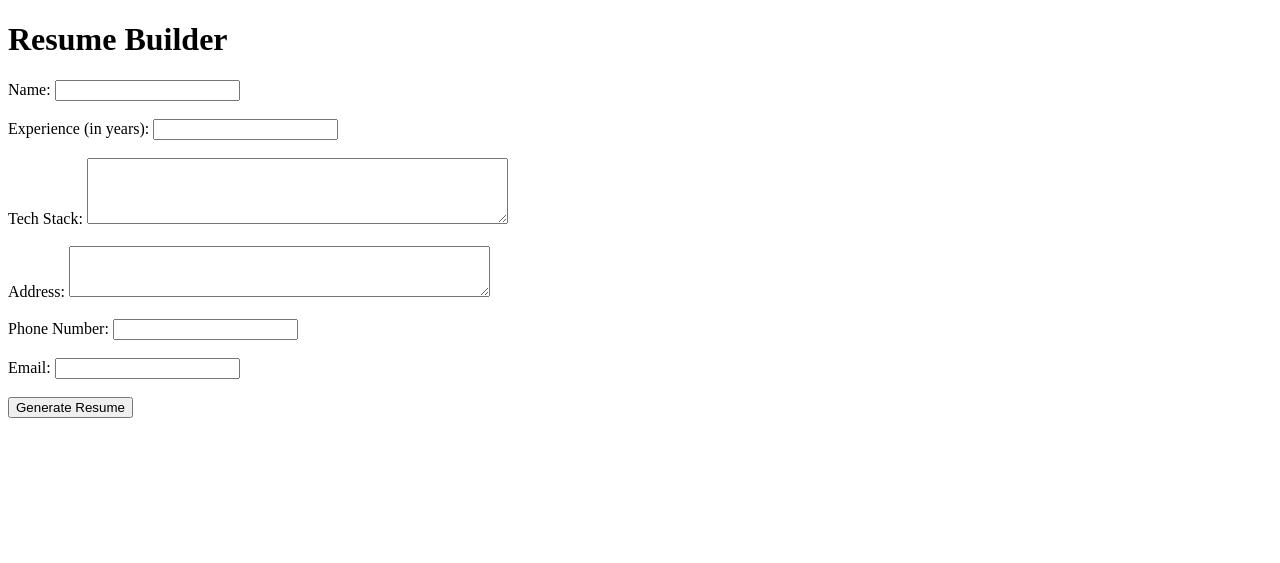
Repository: ashwin2-0/MineEclipseProjects
Page: http://localhost/springMVC/resume
These files come from the project's save history. The page is drawn as it stood at one moment and after the next save; the edit follows.
The browser window is 1280 px wide. The pictures show the whole page.
The page is served by Tomcat 9. Other server files are loaded and not shown.

Above is the page before, as saved 2025-04-10 20:25:30.

### Spring_Core/SpringMVC/springMVC/src/main/webapp/WEB-INF/spring-servlet.xml
<?xml version="1.0" encoding="UTF-8"?>
<beans xmlns="http://www.springframework.org/schema/beans"
	xmlns:xsi="http://www.w3.org/2001/XMLSchema-instance"
	xmlns:p="http://www.springframework.org/schema/p"
	xmlns:context="http://www.springframework.org/schema/context"
	xsi:schemaLocation="
           http://www.springframework.org/schema/beans
           https://www.springframework.org/schema/beans/spring-beans.xsd
           http://www.springframework.org/schema/context
           https://www.springframework.org/schema/context/spring-context.xsd">

	<context:component-scan
		base-package="springMVC.controller"></context:component-scan>
	<bean
		class="org.springframework.web.servlet.view.InternalResourceViewResolver"
		name="viewResolver">
		<property name="prefix" value="/WEB-INF/views/"></property>
		<property name="suffix" value=".jsp"></property>
	</bean>

</beans>

### Spring_Core/SpringMVC/springMVC/src/main/webapp/WEB-INF/views/resume.jsp
<%@ page language="java" contentType="text/html; charset=UTF-8"
    pageEncoding="UTF-8"%>
<!DOCTYPE html>
<html>
<head>
    <meta charset="UTF-8">
    <title>Resume Builder</title>
</head>
<body>
    <h1>Resume Builder</h1>
    <form action="generateResume" method="post">
        <label for="name">Name:</label>
        <input type="text" id="name" name="name" required><br><br>

        <label for="experience">Experience (in years):</label>
        <input type="number" id="experience" name="experience" required><br><br>

        <label for="techStack">Tech Stack:</label>
        <textarea id="techStack" name="techStack" rows="4" cols="50" required></textarea><br><br>

        <label for="address">Address:</label>
        <textarea id="address" name="address" rows="3" cols="50" required></textarea><br><br>

        <label for="phone">Phone Number:</label>
        <input type="tel" id="phone" name="phone" pattern="[0-9]{10}" required><br><br>

        <label for="email">Email:</label>
        <input type="email" id="email" name="email" required><br><br>

        <button type="submit">Generate Resume</button>
    </form>
</body>
</html>

### Spring_Core/SpringMVC/springMVC/src/main/java/springMVC/controller/HomeController.java
package springMVC.controller;

import java.time.LocalDateTime;
import java.util.ArrayList;
import java.util.Arrays;
import java.util.List;

import org.springframework.stereotype.Controller;
import org.springframework.ui.Model;
import org.springframework.web.bind.annotation.RequestMapping;
import org.springframework.web.servlet.ModelAndView;

@Controller
public class HomeController {
	@RequestMapping("/home")
	public String home(Model model) {
		System.out.println("from homeController inside home method");
		model.addAttribute("name", "Durgesh Tiwar");
		model.addAttribute("sname", "Aniket Kumar Joshis");
		List<String> sub = Arrays.asList("Java,Spring Boot, JSP , Jquery ,MySQL");
		model.addAttribute("subjects", sub);
		String page = "index";
		return page;
	}

	@RequestMapping("/about")
	public String about() {
		System.out.println("from homeController inside About  method");
		String page = "about";
		return page;
	}

	// writing to show the demo of model and view
	@RequestMapping("/help")
	public ModelAndView help() {

		ModelAndView modelAndView = new ModelAndView();
		modelAndView.addObject("name", "Die With You");
		modelAndView.addObject("collection", 2000);
		LocalDateTime time = LocalDateTime.now();
		String t = time.toString();
		 List<Integer> numbers = new ArrayList<>();
	        for (int i = 1; i <= 10; i++) {
	            numbers.add(i);
	        }
		modelAndView.addObject("numbers", numbers);
		modelAndView.setViewName("help");
		return modelAndView;

	}

	@RequestMapping("/resume")
	public ModelAndView resume() {

		ModelAndView modelAndView = new ModelAndView();

		modelAndView.setViewName("resume");
		return modelAndView;

	}
}

After the next save:
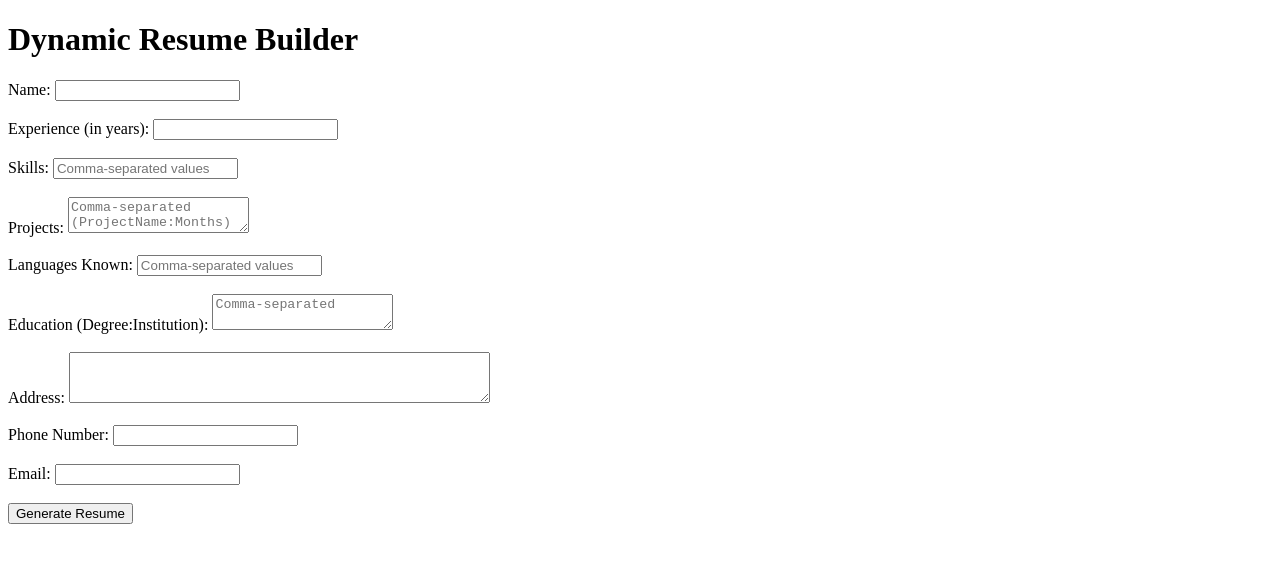
Saved 2 min 9 s later.
--- a/Spring_Core/SpringMVC/springMVC/src/main/webapp/WEB-INF/views/resume.jsp
+++ b/Spring_Core/SpringMVC/springMVC/src/main/webapp/WEB-INF/views/resume.jsp
@@ -4,26 +4,44 @@
 <html>
 <head>
     <meta charset="UTF-8">
-    <title>Resume Builder</title>
+    <title>Dynamic Resume Builder</title>
 </head>
 <body>
-    <h1>Resume Builder</h1>
+    <h1>Dynamic Resume Builder</h1>
     <form action="generateResume" method="post">
+        <!-- String -->
         <label for="name">Name:</label>
         <input type="text" id="name" name="name" required><br><br>
 
+        <!-- Integer -->
         <label for="experience">Experience (in years):</label>
         <input type="number" id="experience" name="experience" required><br><br>
 
-        <label for="techStack">Tech Stack:</label>
-        <textarea id="techStack" name="techStack" rows="4" cols="50" required></textarea><br><br>
+        <!-- Collection (List of Strings) -->
+        <label for="skills">Skills:</label>
+        <input type="text" id="skills" name="skills" placeholder="Comma-separated values" required><br><br>
 
+        <!-- Collection (Map of String to Integer) -->
+        <label for="projects">Projects:</label>
+        <textarea id="projects" name="projects" placeholder="Comma-separated (ProjectName:Months)" required></textarea><br><br>
+
+        <!-- Collection (Set of Strings) -->
+        <label for="languages">Languages Known:</label>
+        <input type="text" id="languages" name="languages" placeholder="Comma-separated values" required><br><br>
+
+        <!-- Map (String to String) -->
+        <label for="education">Education (Degree:Institution):</label>
+        <textarea id="education" name="education" placeholder="Comma-separated" required></textarea><br><br>
+
+        <!-- Address -->
         <label for="address">Address:</label>
         <textarea id="address" name="address" rows="3" cols="50" required></textarea><br><br>
 
+        <!-- Phone Number -->
         <label for="phone">Phone Number:</label>
         <input type="tel" id="phone" name="phone" pattern="[0-9]{10}" required><br><br>
 
+        <!-- Email -->
         <label for="email">Email:</label>
         <input type="email" id="email" name="email" required><br><br>
 
